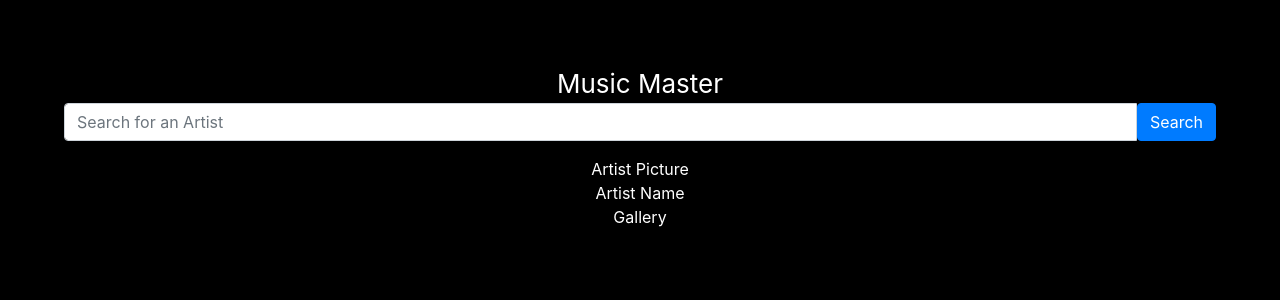
Repository: the-manohar/music
Page: /
An editor plug-in stored every save of this project. The page is shown before and after the next save, followed by the edit.
The browser window is 1280 px wide. The pictures show the whole page.
The project was rebuilt for these pictures with package versions that can differ from the ones it lists, and the page was loaded fresh each time.

Above is the page before, as saved 2020-07-19 14:56:20.

### src/App.js
import React, { Component } from "react";
import "./App.css";
import { FormGroup, FormControl, InputGroup, Button } from "react-bootstrap";
class App extends Component {
  constructor(props) {
    super(props);

    this.state = {
      query: "",
      artist: null,
    };
  }

  search() {
    console.log(this.state);
    const BASE_URL = `https://api.spotify.com/v1/search?`;
    const FETCH_URL = `${BASE_URL}q=${this.state.query}&type=artist&limit=1`;
    const token =
      "BQB3k7ZkEP9hWNnSW4khb18DF4wbhcN2rU48Vi0FE6t5W1Q1UALGj1voB2bscGF5wINGAe2pp3v-MN5IULw";
    fetch(FETCH_URL, {
      method: "GET",
      headers: { Authorization: "Bearer " + token },
    })
      .then((res) => res.json())
      .then((json) => {
        console.log(json);
        const artist = json.artists.items[0];
        this.setState({ artist });
      });
  }

  render() {
    return (
      <div className="App">
        <div className="App-title">Music Master</div>
        <FormGroup>
          <InputGroup>
            <FormControl
              type="text"
              placeholder="Search for an Artist"
              value={this.state.query}
              onChange={(e) => this.setState({ query: e.target.value })}
              onKeyPress={(event) => {
                if (event.key === "Enter") {
                  this.search();
                }
              }}
            />
            {/* <InputGroup.Addon>Search</InputGroup.Addon> */}
            <Button onClick={() => this.search()}>Search</Button>
          </InputGroup>
        </FormGroup>
        <div className="Profile">
          <div>Artist Picture</div>
          <div>Artist Name</div>
        </div>
        <div className="Gallery">Gallery</div>
      </div>
    );
  }
}

export default App;

### src/App.css
body {
  background: #000;
  color: #fff;
}
.App {
  text-align: center;
  padding: 5%;
}

.App-title {
  font-size: 26px;
}

### src/Profile.js
import React, { Component } from "react";

class Profile extends Component {
  render() {
    let artist = { name: "", followers: { total: "" } };
    if (this.props.artist !== null) {
      artist = this.props.artist;
    }
    return (
      <div>
        <div>{artist.name}</div>
        <div>{artist.followers.total}</div>
      </div>
    );
  }
}

export default Profile;

Loaded but not shown: public/index.html (common file); src/index.js (common file)

After the next save:
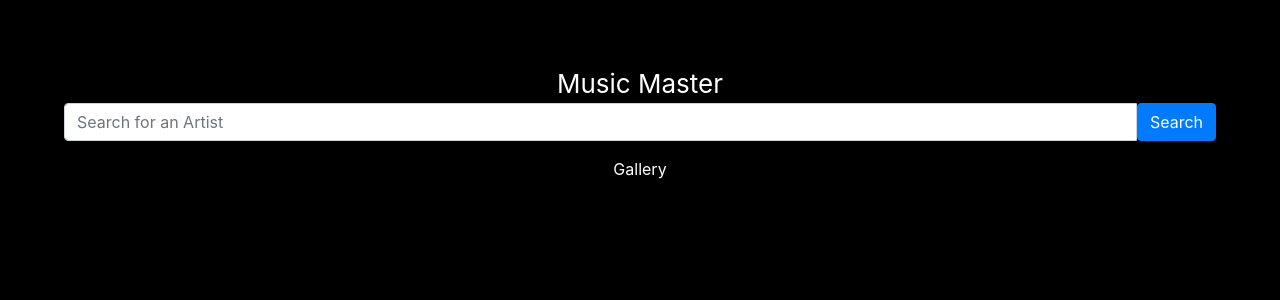
Saved 55 s later.
--- a/src/App.js
+++ b/src/App.js
@@ -1,6 +1,7 @@
 import React, { Component } from "react";
 import "./App.css";
 import { FormGroup, FormControl, InputGroup, Button } from "react-bootstrap";
+import Profile from "./Profile";
 class App extends Component {
   constructor(props) {
     super(props);
@@ -50,10 +51,7 @@ class App extends Component {
             <Button onClick={() => this.search()}>Search</Button>
           </InputGroup>
         </FormGroup>
-        <div className="Profile">
-          <div>Artist Picture</div>
-          <div>Artist Name</div>
-        </div>
+        <Profile artist={this.state.artist} />
         <div className="Gallery">Gallery</div>
       </div>
     );
